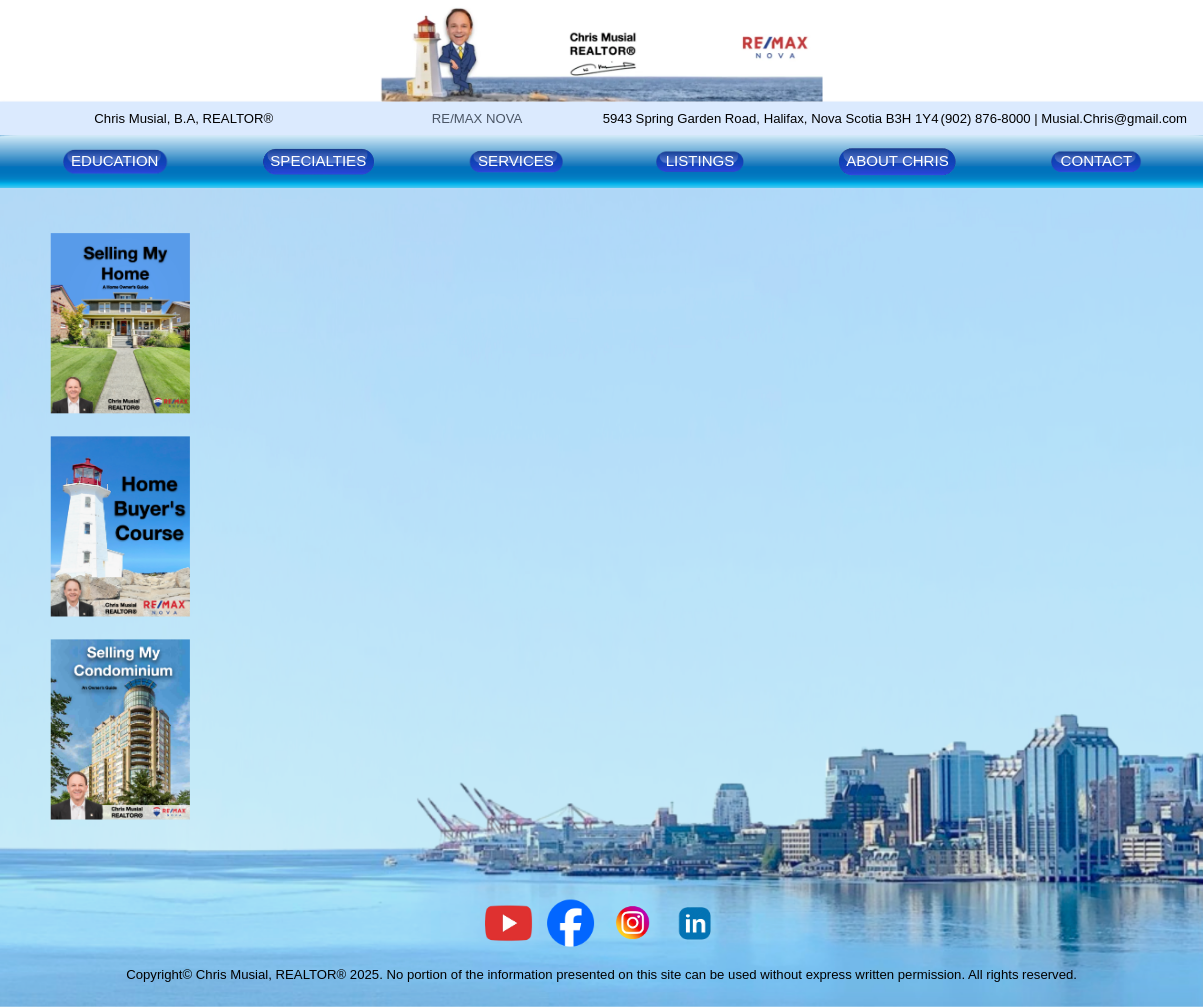
Repository: TMuse333/father-website
Page: / (app in frontend/)
These files come from the project's save history. The page is drawn as it stood at one moment and after a run of saves; the edit follows.
The browser window is 1280 px wide. The pictures show the whole page, at 94% of full size.
The project was rebuilt for these pictures with package versions that can differ from the ones it lists, and the page was loaded fresh each time. The framework's server and built-in components were replaced by stand-ins that run in the browser. Also part of the build but not shown: frontend/next.config.ts.

Above is the page before, as saved 2025-05-24 16:15:01.

### frontend/src/app/page.tsx
import { Metadata } from "next";



import Homepage from "@/components/homepage/homepage";

export const metadata: Metadata = {
  title: "Chris Musial | Halifax Real Estate Agent",
  description:
    "Chris Musial is a dedicated RE/MAX Nova real estate agent in Halifax, Nova Scotia, offering personalized services for buying, selling, and investing in properties.",
  keywords: [
    "Chris Musial",
    "Halifax real estate agent",
    "Real estate Halifax Nova Scotia",
    "RE/MAX Nova agent",
    "Halifax property services",
  ],
  openGraph: {
    title: "Chris Musial | Halifax Real Estate Agent",
    description:
      "Explore professional real estate services with Chris Musial at RE/MAX Nova in Halifax, Nova Scotia, for all your property needs.",
    url: "https://www.ChrisMusial.realtor",
    images: [
      {
        url: "https://www.ChrisMusial.realtor/father-header.png",
        width: 1200,
        height: 630,
        alt: "Chris Musial | RE/MAX Nova Real Estate Agent Halifax",
      },
    ],
    type: "website",
    locale: "en_US",
    siteName: "Chris Musial | Halifax Real Estate Agent",
  },
  icons: {
    icon: ["/favicon.ico?v=4"],
  },
};

export default function Home() {






  return (
<Homepage/>
  );
}

### frontend/src/components/homepage/homepage.tsx
"use client";

import Image from "next/image";


import { motion } from "framer-motion";

import Navbar from "@/components/navbar/navbar";
import Link from "next/link";
const Homepage = () => {




  const socialMedia = [
    {
      name: "YouTube",
      url: "https://www.youtube.com/@ChrisMusialMarketingDirector",
      image: "/YouTube.png",
    },
    {
      name: "Facebook",
      url: "https://www.facebook.com/Musial.Chris/",
      image: "/facebook.png",
    },
    {
      name: "Instagram",
      url: "https://www.instagram.com/chris_musial_real_estate/",
      image: "/instagram-logo.png",
    },
    {
      name: "LinkedIn",
      url: "https://www.linkedin.com/in/musialchris/?originalSubdomain=ca",
      image: "/linkedin-logo.png",
    },
  ];

  return (
    <div className="min-h-screen bg-gray-100 text-black flex flex-col relative">
      {/* Background Image */}
      <Image
        src="/portrait.png"
        alt="Cityscape Background"
        fill
        className="object-cover z-0 object-[50%_100%]
        sm:object-[0_120%] md:object-[0_100%]"
        priority
        // style={{ objectPosition: "0 100%" }}
      />

      {/* Header Section */}
      <header className="relative z-10 bg-white">
        <div className="relative w-screen h-[15vh] max-h-[150px]">
          <Image
            src="/father-header.webp"
            alt="Chris Musial Realtor"
            fill
            className="object-contain
            mx-auto"
            priority
          />
          {/* <div className=" absolute left-1/2 -translate-x-1/2
          top-1/2 flex flex-col">
             <h1 className="text-2xl font-bold text-black text-center  flex items-center justify-center z-[2]">
            Chris Musial
            <br/>REALTOR
          </h1> */}

          {/* <Image
          width={600}
          height={1300}
          src="/signature.png"
          alt='Chris musial signature'
          className="object-cover
          w-[40vw] max-w-[200px] mx-auto

         "
          />
          </div> */}


        </div>
        <div className="w-screen mx-auto flex flex-col sm:flex-row justify-between items-center bg-white shadow
       bg-blue-200">
          <div className="flex flex-col
          py-2  bg-blue-100 md:flex-row justify-between items-center w-full px-4 text-center
          max-w-[2000px]">
            <div className="flex flex-col md:flex-row text-xs md:text-sm md:w-1/2 justify-around mb-4 md:mb-0">
              <p>Chris Musial, B.A, REALTOR®</p>
              <p className="text-gray-600">RE/MAX NOVA</p>
            </div>
            <div className="flex flex-col md:flex-row text-xs md:text-sm md:w-1/2 justify-around">
              <p>5943 Spring Garden Road, Halifax, Nova Scotia B3H 1Y4</p>
              <p>(902) 876-8000 | Musial.Chris@gmail.com</p>
            </div>
          </div>
        </div>
      </header>

      {/* Navigation Section */}
     <Navbar
     excludedLink="Home"
     />


      {/* Brochure Section */}
      <section className="py-12 px-0 relative z-10">
      {/* <h2 className="text-3xl font-bold text-black mb-8 pl-4 md:pl-8">Resources</h2> */}
      <div className="flex flex-col gap-6 w-full md:w-48 ml-0 pl-4 md:pl-8">
        {[
          { src: "/home.png", alt: "Home Buyer's Course",
        link:'/SellingMyHome' },
          { src: "/buyer.png", alt: "Selling My Home",
          link:'/HomeBuyersCourse' },
          { src: "/condo.png", alt: "Selling My Condominium",
          link:'/SellingMyCondo' },
        ].map((item, index) => (
          <motion.div
            key={item.alt}
            className="relative w-48 h-48
            hover:scale-[1.1] transition-transform"
            initial={{ opacity: 0, x: -20 }}
            animate={{ opacity: 1, x: 0 }}
            transition={{ duration: 0.5, delay: index * 0.2 }}
          >
            <Link href={item.link}>


            <Image
              src={item.src}
              alt={item.alt}
              fill
              className="object-contain rounded-lg"
            />
            </Link>
          </motion.div>
        ))}
      </div>
    </section>

      {/* Contact Section */}
      {/* <section className="max-w-7xl mx-auto py-12 px-4 relative z-10">
        <h2 className="text-3xl font-bold text-black mb-8">Contact Me</h2>
        <p className="pr-10 w-full text-lg text-gray-700 mb-8">
          Fill out this form with your project details, and we’ll respond promptly
          to discuss elevating your online presence and taking your business{" "}
          <span className="font-semibold">to the next level.</span>
        </p>
        <form className="max-w-lg">
          <input
            type="text"
            placeholder="Your Name"
            className="w-full p-3 mb-4 border rounded"
          />
          <input
            type="email"
            placeholder="Your Email"
            className="w-full p-3 mb-4 border rounded"
          />
          <textarea
            placeholder="Your Project Details"
            className="w-full p-3 mb-4 border rounded"
          ></textarea>
          <button
            type="submit"
            className="bg-blue-600 text-white p-3 rounded hover:bg-blue-700"
          >
            Submit
          </button>
        </form>
      </section> */}

      {/* Footer Section */}
      <footer className="py-6 relative z-10 text-black
        ">
        <div className="max-w-7xl mx-auto px-4 flex flex-col items-center">
        <div className="flex space-x-4 mb-2">
            {socialMedia.map((platform) => (
              <a
                key={platform.name}
                href={platform.url}
                target="_blank"
                rel="noopener noreferrer"
                className="hover:scale-[1.1] transition-all"
              >
                <Image
                  src={platform.image}
                  alt={`${platform.name} Logo`}
                  width={32}
                  height={32}

                  className={` transition-transform duration-300 object-contain ${
                    platform.name === "instagram" ? "w-[100px] h-[100px] scale-[2] hover:scale-[2.5]" : "w-[50px] hover:scale-110 h-[75px]"
                  }`}
                />
              </a>
            ))}
          </div>
          <p className="text-sm text-center">
            Copyright© Chris Musial, REALTOR® 2025. No portion of the information
            presented on this site can be used without express written permission.
            All rights reserved.
          </p>
        </div>
      </footer>
    </div>
  );
}

export default Homepage

### frontend/src/components/navbar/navbar.tsx

"use client";

import React, { useState } from "react";
import { Menu, X } from "lucide-react";
import Link from 'next/link'

interface NavbarProps {
  excludedLink?: string;
}

const Navbar: React.FC<NavbarProps> = ({ excludedLink }) => {
  const [isMenuOpen, setIsMenuOpen] = useState(false);

  const toggleMenu = () => {
    setIsMenuOpen(!isMenuOpen);
  };

  const navItems = [
    { name: "Home", href: "/" },
    { name: "Education", href: "#education" },
    { name: "Specialties", href: "#specialties" },
    { name: "Services", href: "#services" },
    { name: "Listings", href: "#listings" },
    { name: "About Chris", href: "#about-chris" },
    { name: "Contact", href: "/contact" },
  ];

  const filteredNavItems = excludedLink
    ? navItems.filter(
        (item) => item.name.toLowerCase() !== excludedLink.toLowerCase()
      )
    : navItems;

  return (
    <nav
      className="text-white p-2 relative z-10"
      style={{
        backgroundImage: "url('/container.png')",
        backgroundSize: "cover",
        backgroundPosition: "center",
      }}
    >
      <div className="max-w-7xl mx-auto px-4">
        <div className="flex justify-between items-center md:hidden">
          <button onClick={toggleMenu} className="p-2 focus:outline-none">
            {isMenuOpen ? <X size={24} /> : <Menu size={24} />}
          </button>
        </div>
        <div
          className={`${
            isMenuOpen ? "flex" : "hidden"
          } md:flex flex-col md:flex-row md:justify-around md:space-x-4 space-y-2 md:space-y-0 py-2 md:py-0 transition-all duration-300 ease-in-out`}
        >
          {filteredNavItems.map((item) => (
            <Link
              key={item.name}
              href={item.href}
              className="px-4 py-2 rounded hover:scale-[1.15] text-center transition-all"
              style={{
                backgroundImage: "url('/button-bg.png')",
                backgroundSize: "cover",
                backgroundPosition: "center",
              }}
              onClick={() => setIsMenuOpen(false)}
            >
              {item.name.toUpperCase()}
            </Link>
          ))}
        </div>
      </div>
    </nav>
  );
};

export default Navbar;

Loaded but not shown: frontend/src/app/layout.tsx (common file); frontend/src/app/globals.css (common file)

After the next 2 saves:
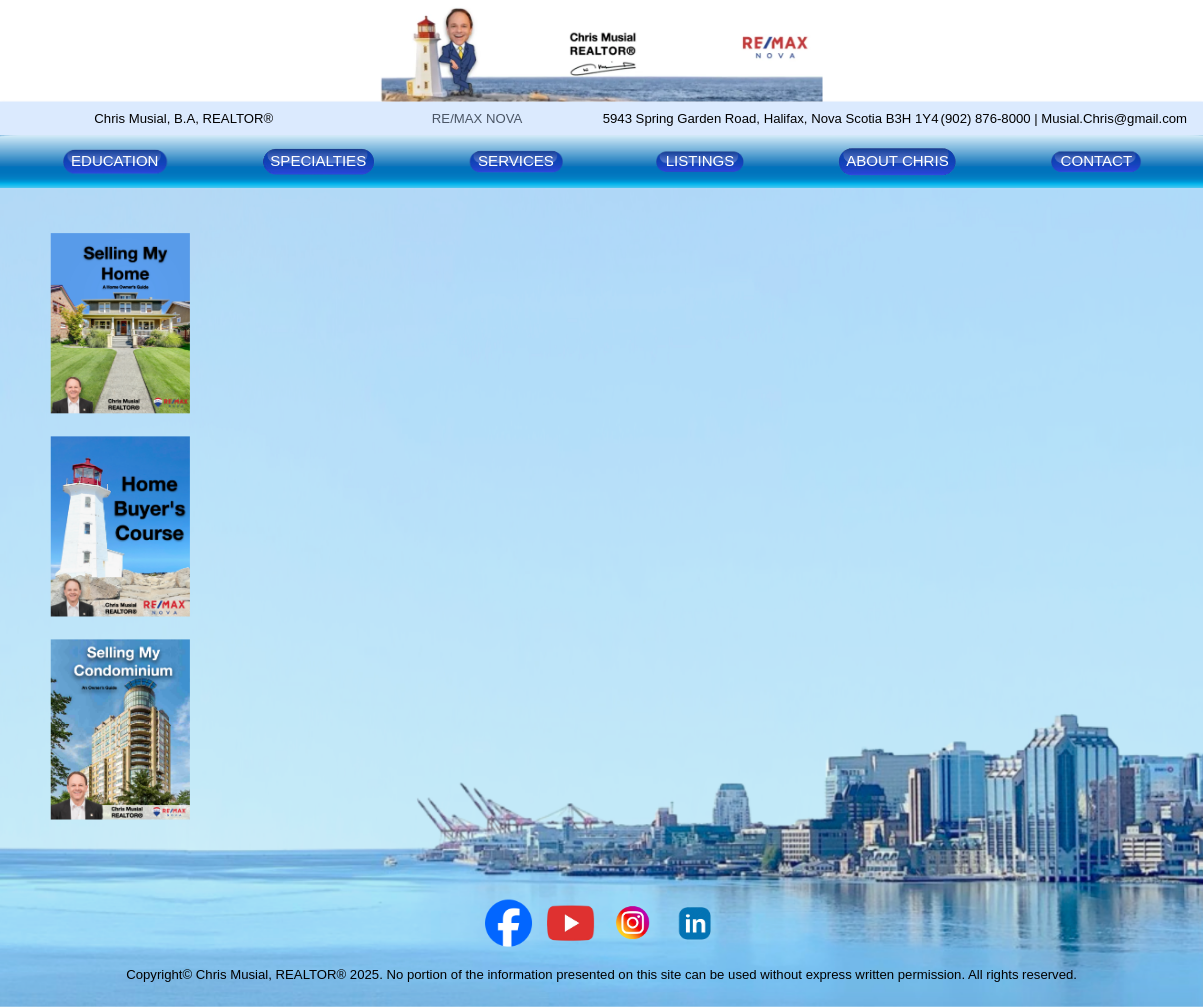
The 2 saves are shown as one change because they came seconds apart.
The last was saved 53 s later.
--- a/frontend/src/components/homepage/homepage.tsx
+++ b/frontend/src/components/homepage/homepage.tsx
@@ -13,16 +13,17 @@
 
 
   const socialMedia = [
+    {
+        name: "Facebook",
+        url: "https://www.facebook.com/Musial.Chris/",
+        image: "/facebook.png",
+      },
     {
       name: "YouTube",
       url: "https://www.youtube.com/@ChrisMusialMarketingDirector",
       image: "/YouTube.png",
     },
-    {
-      name: "Facebook",
-      url: "https://www.facebook.com/Musial.Chris/",
-      image: "/facebook.png",
-    },
+
     {
       name: "Instagram",
       url: "https://www.instagram.com/chris_musial_real_estate/",
